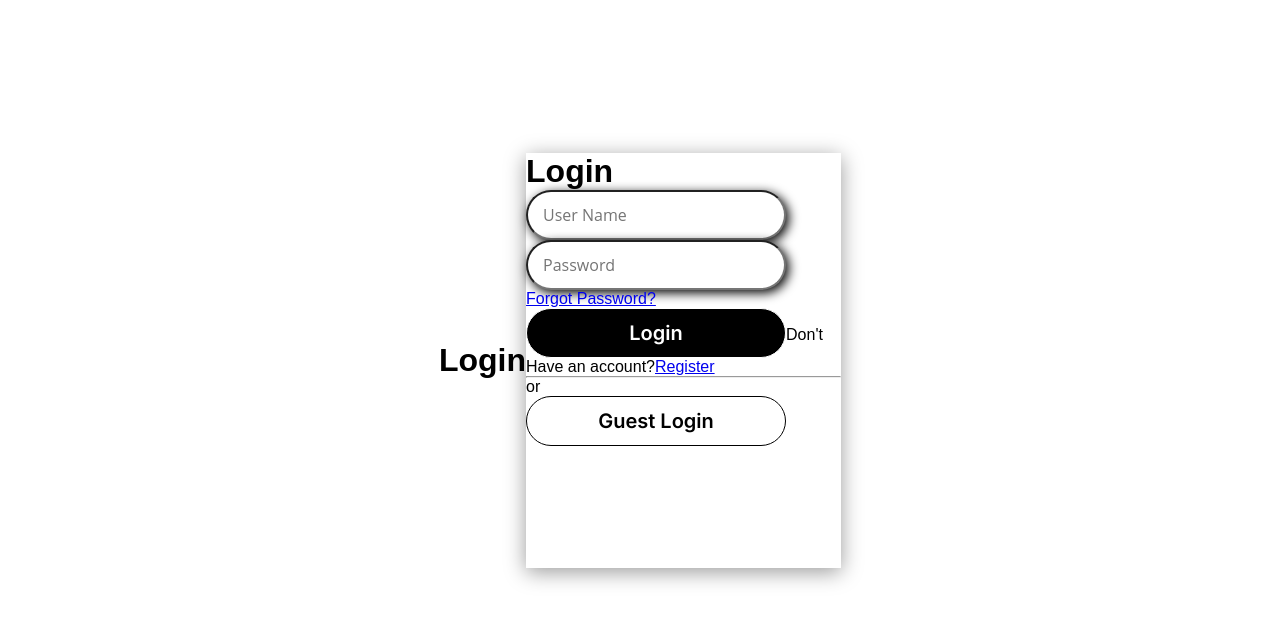
Repository: Cherced/virtualassistant
Page: /Login
The author's editor kept a copy of each file at every save. The page is drawn from the files as they stood at one save, then again after the next save.
The browser window is 1280 px wide. The pictures show the whole page.
The project was rebuilt for these pictures with package versions that can differ from the ones it lists, and the page was loaded fresh each time. The framework's server and built-in components were replaced by stand-ins that run in the browser.

Above is the page before, as saved 2022-07-15 14:23:12.

### pages/_app.js
import '../sass/global.scss';


const MyApp = ({ Component, pageProps }) => {
    return <Component {...pageProps} />
  }


export default MyApp

### pages/_document.js
import { Html, Head, Main, NextScript } from 'next/document'

export default function Document() {

  return (
    <Html lang="en">
      <Head />
      <body>
        <Main />
        <div id="portal"></div>
        <NextScript />
      </body>
    </Html>
  )
}

### pages/Login.jsx
import React from 'react'
import { LoginForm } from '../components/molecules/login/LoginForm'

const Login = () => {
  return (
    <div className="login">
      <h1>Login</h1>
        <LoginForm/>
    </div>
  )
}

export default Login

### sass/global.scss
@import './vars';
@import './components';
@import './pages/draft';
@import './pages/welcome';
@import './pages/welcomeS';
@import './pages/login';

### components/molecules/login/LoginForm.jsx
import React from 'react'
import Link from 'next/link'
import { BasicInput } from '../../atoms/inputs/BasicInput'
import { BasicButton } from '../../atoms/buttons/BasicButton'

export const LoginForm = () => {
    const sendUserAuth = () => {
        console.log("SEEEENDEED")
    }
  return (
    <form className="loginForm" onSubmit={()=> sendUserAuth()}>
        <h1>Login</h1>
        <div className="loginForm__inputs--container">
        <BasicInput type="text" placeholder="User Name" id="user" name="user" />
        <BasicInput type="password" placeholder="Password" id="passWord" name="passWord" />
        </div>
        <Link href="#">
        <a>Forgot Password?</a>
        </Link>
        <BasicButton color="black" type="submit" title="Login"/>
        <label>Don't Have an account?
        <Link href="#">
          <a>Register</a>
        </Link>
          </label>
        <div>
          <hr/>
          <label>or</label>
        </div>
        <BasicButton color="white" type="submit" title="Guest Login"/>
    </form>
  )
}

### sass/_vars.scss
@import url('https://fonts.googleapis.com/css2?family=Inter:wght@100;200;300;500;600;700;800;900&family=Roboto:ital,wght@0,100;0,300;0,400;0,500;0,700;0,900;1,100;1,300;1,400;1,500;1,700;1,900&display=swap');
@import url('https://fonts.googleapis.com/css2?family=Roboto:ital,wght@0,100;0,300;0,400;0,500;0,700;0,900;1,100;1,300;1,400;1,500;1,700;1,900&family=Ubuntu:ital,wght@0,300;0,400;0,500;0,700;1,300;1,400;1,500;1,700&display=swap');

$mainColor: black;
$mainTextColor: white;
$mainFont: 'Inter';
$subTitle: 'Roboto';


*{
    box-sizing: border-box;
    margin: 0;
    padding: 0;
    font-family: Arial, Helvetica, sans-serif;
}

### sass/_components.scss
@import './components/headers/welcomeHeader';
@import './components/carrousels/carrousel';
@import './components/buttons/nextButton';
@import './components/buttons/basicButton';
@import './components/inputs/basicInput';

### sass/components/headers/_welcomeHeader.scss
.brand {
  width: 100%;
  min-height: 500px;
  display: flex;
  background: black;
  border-radius: 0 0 100px 100px;
  box-shadow: 6px 6px 20px 3px rgba(0, 0, 0, 0.2);
  justify-content: center;
  align-items: center;

  .brand__elipse--container {
    display: none;
  }

  .brand__img {
    z-index: 2;
    object-fit: cover;
  }
}

@media screen and (min-width: 1024px) {
  .brand {
    background-repeat: no-repeat;
    background-position: center;
    background-position-y: -200px;
    border-radius: none;
    background-image: url('../../../public/img/Ellipse.png');
    background: linear-gradient(180deg, #000000, #ffffff, #7d7777, #ececec, #7b7b7b, #000000, #545454, #e1e1e1, #e1e1e1);
    background-size: 1800% 1800%;

    -webkit-animation: AnimationName 27s ease infinite;
    -moz-animation: AnimationName 27s ease infinite;
    animation: AnimationName 27s ease infinite;


  .brand__elipse--container {
    display: block;
    position: absolute;
    top: -193px;
    z-index: 1;
  }
  }


@-webkit-keyframes AnimationName {
  0%{background-position:0% 68%}
  50%{background-position:100% 33%}
  100%{background-position:0% 68%}
}
@-moz-keyframes AnimationName {
  0%{background-position:0% 68%}
  50%{background-position:100% 33%}
  100%{background-position:0% 68%}
}
@keyframes AnimationName {
  0%{background-position:0% 68%}
  50%{background-position:100% 33%}
  100%{background-position:0% 68%}
}

}

### sass/components/carrousels/_carrousel.scss
.carrousel {
    max-width: 500px;
    height: auto;
    min-width: 300px;
    overflow: hidden;

    .slider {
        position: relative;
        display: flex;
        width: 200%;
        height: 100%;
    }

    .carrousel__list {
        list-style: none;
        display: flex;
        flex-direction: column;
        width: 100%;

        .carrousel__list--item {
            width: 100%;
            display: flex;
            flex-direction: row;
            align-items: center;
            justify-content: center;

            .carrousel__item--title {
                font-family: $subTitle;
                font-style: normal;
                font-weight: 500;
                font-size: 20px;
                line-height: 24px;
                text-align: center;
                letter-spacing: 0.04em;
                margin-bottom: 30px;
            }

            .carrousel__item--parragraph {
                font-style: normal;
                font-weight: 400;
                font-size: 15px;
                line-height: 18px;
                text-align: center;
                letter-spacing: 0.04em;
                font-family: $mainFont;
                color: #0F184D;
                padding: 0 30px;
                text-align: center;
            }
        }
    }
}

### sass/components/buttons/_nextButton.scss
.button__next {
    display: flex;
    width: auto;
    min-width: 100px;
    height: 50px;
    justify-content: space-around;
    align-items: center;
    background: black;
    color: white;
    border-radius: 100px;
    padding: 0 0 0 30px;
    box-shadow: 5px 5px 10px 0px black;
    cursor: pointer;
    font-family: $mainFont;
    font-size: 16px;


    .button__next--Arrow {
        width: 50px;
        height: 50px;
        display: flex;
        align-items: center;
        justify-content: center;
        background: $mainTextColor;
        border-radius: 100px;
        margin-left: 10px;

        .next__arrow--h1 {
            padding: 10px;
            color: $mainColor;
            font-family: $mainFont;
        }
    }

}

### sass/components/buttons/_basicButton.scss
.basic__button {
    width: 260px;
    height: 50px;
    border-radius: 30px;
}

.black {
    background: black;
    border: 1px solid white;
    font-family: $mainFont;
    font-style: normal;
    font-weight: 600;
    font-size: 20px;
    line-height: 30px;
    text-align: center;
    color: #FFFFFF;
}

.white{
    background: white;
    border: 1px solid black;
    font-family: $mainFont;
    font-style: normal;
    font-weight: 600;
    font-size: 20px;
    line-height: 30px;
    text-align: center;
    color: black;
}

### sass/components/inputs/_basicInput.scss
.basicInput {
    width: 260px;
    height: 50px;
    border-radius: 30px;
    padding-left: 15px;
    box-shadow: 3px 3px 11px 0px black;
    // letter style:
    font-family: 'Open Sans';
    font-style: normal;
    font-weight: 400;
    font-size: 16px;
    line-height: 22px;
    text-align: start;
    color: #848484;

}

### sass/pages/_draft.scss

.Draft{
    display: flex;
    align-self: center;
    width: 100%;
    justify-content: center;
    height: 100vh;
    flex-direction: column;
    align-items: center;
}

### sass/pages/_welcome.scss
.welcome {
    width: 100%;
    height: 100vh;
    display: flex;
    flex-direction: column;
    align-items: center;
    box-shadow: 7px 8px 20px 7px black;
    justify-items: center;
    justify-content: space-between;

    .main__Content--welcome {
        width: 100%;
        height: 100%;
        display: flex;
        justify-content: center;
        flex-direction: column;
        align-items: center;

        .main__Content--title {
            font-family: $mainFont;
            font-style: normal;
            font-weight: 600;
            font-size: 30px;
            line-height: 18px;
            text-align: center;
            letter-spacing: 0.04em;

            color: #0F184D;
            margin: 30px 0;
        }
    }

    .NavButtons {
        display: flex;
        width: 100%;
        align-items: center;
        justify-content: space-between;
        padding: 0 30px;
        margin: 20px 0;

        .NavButtons__ancord {
            text-decoration: none;
            font-style: normal;
            font-weight: 400;
            font-size: 15px;
            line-height: 18px;
            letter-spacing: 0.04em;
            font-family: $mainFont;
            color: #000000;
        }
    }
}

### sass/pages/_welcomeS.scss
.welcomeS {
    height: 100vh;
    background: linear-gradient(333.49deg, #000000 55.66%, rgba(217, 217, 217, 0) 92.17%);
    display: flex;
    flex-direction: column;
    align-items: center;
    justify-content: space-around;

    .welcomeS__header {
        width: 100%;
        height: 50%;
        display: flex;
        align-items: center;
        justify-content: center;

        .welcomeS__header--img {
            width: 350px;
            height: 450px;
            object-fit: cover;
            border-radius: 100px 0 100px 0;
        }
    }

    .welcomeS__main {
        width: 90%;
        color: white;
        display: flex;
        align-items: center;
        justify-content: center;

        .welcomeS__main--title {
            text-align: center;
            font-family: $mainFont;
            font-style: normal;
            font-weight: 400;
            font-size: 24px;
            line-height: 29px;
            letter-spacing: 0.07em;
        }
    }
}

### sass/pages/_login.scss
.login {
    width: 100%;
    height: 100vh;
    display: flex;
    align-items: center;
    justify-content: center;

    .loginForm {
        background: rgba(255, 255, 255, 0.77);
        box-shadow: 0px 4px 20px rgba(0, 0, 0, 0.4);
        width: 315px;
        height: 415px;
    }
}

### components/atoms/inputs/BasicInput.jsx
import React from 'react'

export const BasicInput = (props) => {
  return (
    <input className="basicInput" type={props.type} id={props.id} name={props.name} placeholder={props.placeholder}/>
  )
}

### components/atoms/buttons/BasicButton.jsx
import React from 'react'

export const BasicButton = (props) => {
  return (
    <button onSubmit={props.onSubmit} onClick={props.onClick} className={`basic__button ${props.color}`} type={props.type} aria-label={props.aria}>
      {props.title}
    </button>
  )
}

After the next save:
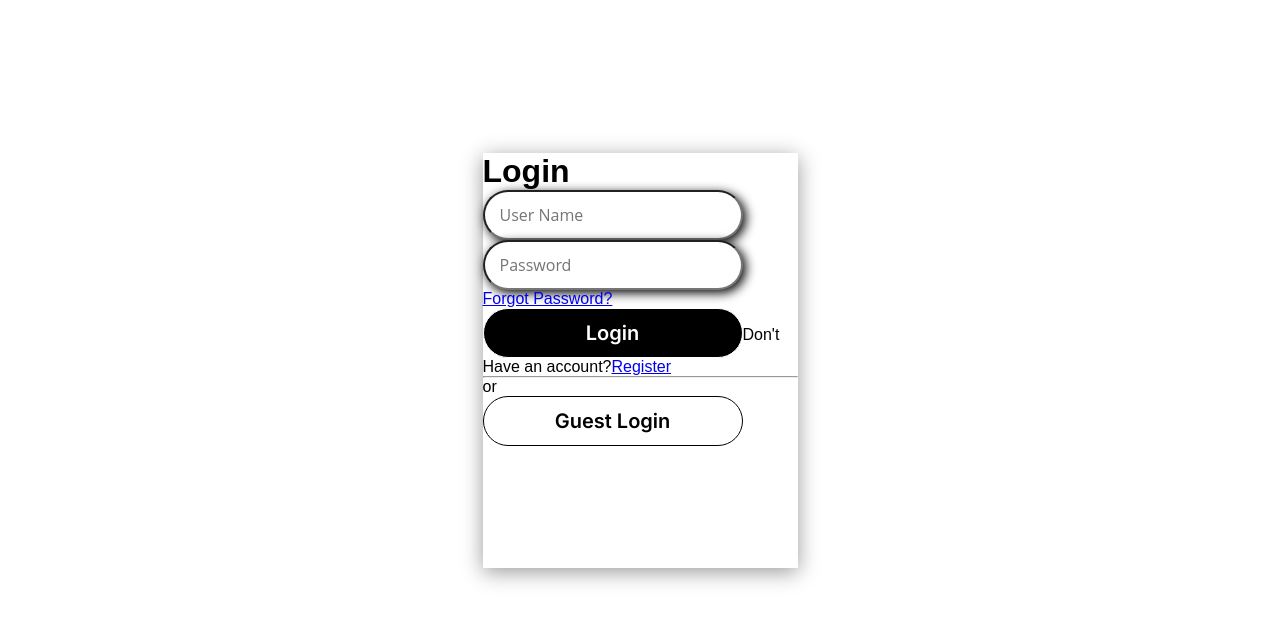
Saved 6 s later.
--- a/pages/Login.jsx
+++ b/pages/Login.jsx
@@ -4,7 +4,6 @@ import { LoginForm } from '../components/molecules/login/LoginForm'
 const Login = () => {
   return (
     <div className="login">
-      <h1>Login</h1>
         <LoginForm/>
     </div>
   )
